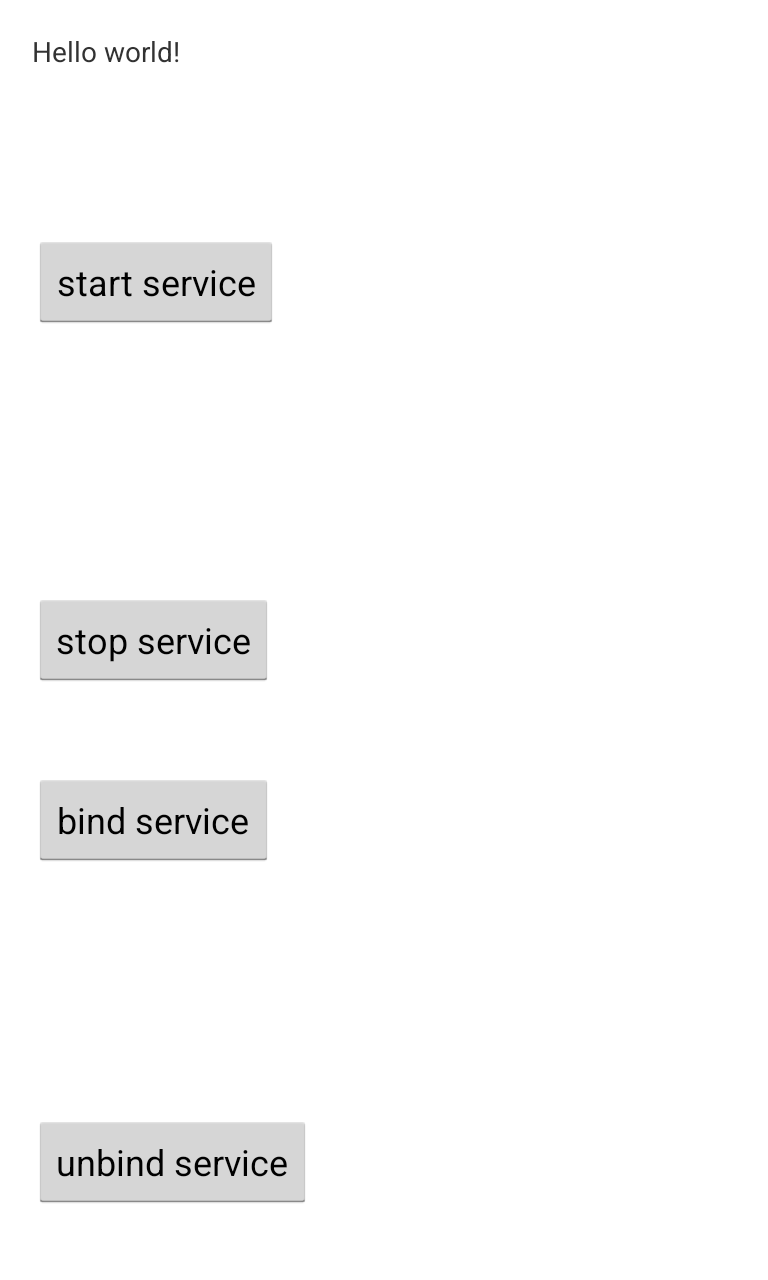
Repository: avenosu/android-coding-practice
Layout: Z002UsingService/res/layout/activity_main.xml
An editor plug-in stored every save of this project. The layout is shown before and after the next save, followed by the edit.
It is drawn on a 768 x 1280 px phone screen (xhdpi) without system bars, with theme AppTheme; the app's code is not run.

Above is the layout before, as saved 2015-03-24 15:09:39.

After the next save:
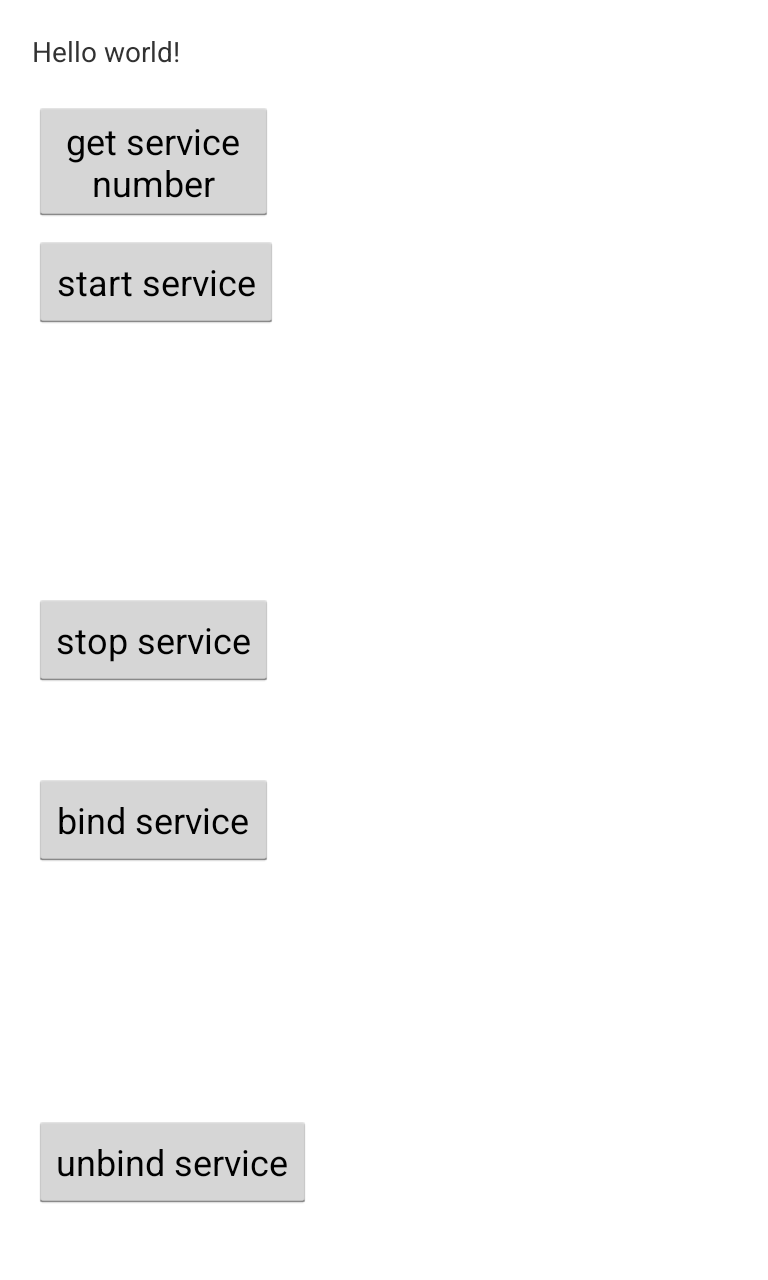
Saved 32 min 15 s later.
--- a/Z002UsingService/res/layout/activity_main.xml
+++ b/Z002UsingService/res/layout/activity_main.xml
@@ -52,4 +52,14 @@
         android:layout_marginBottom="19dp"
         android:text="unbind service" />
 
+    <Button
+        android:id="@+id/mainactivity_button4_getservicenumber"
+        android:layout_width="wrap_content"
+        android:layout_height="wrap_content"
+        android:layout_alignLeft="@+id/textView1"
+        android:layout_alignRight="@+id/mainactivity_button2_stopservice"
+        android:layout_below="@+id/textView1"
+        android:layout_marginTop="15dp"
+        android:text="get service number" />
+
 </RelativeLayout>
